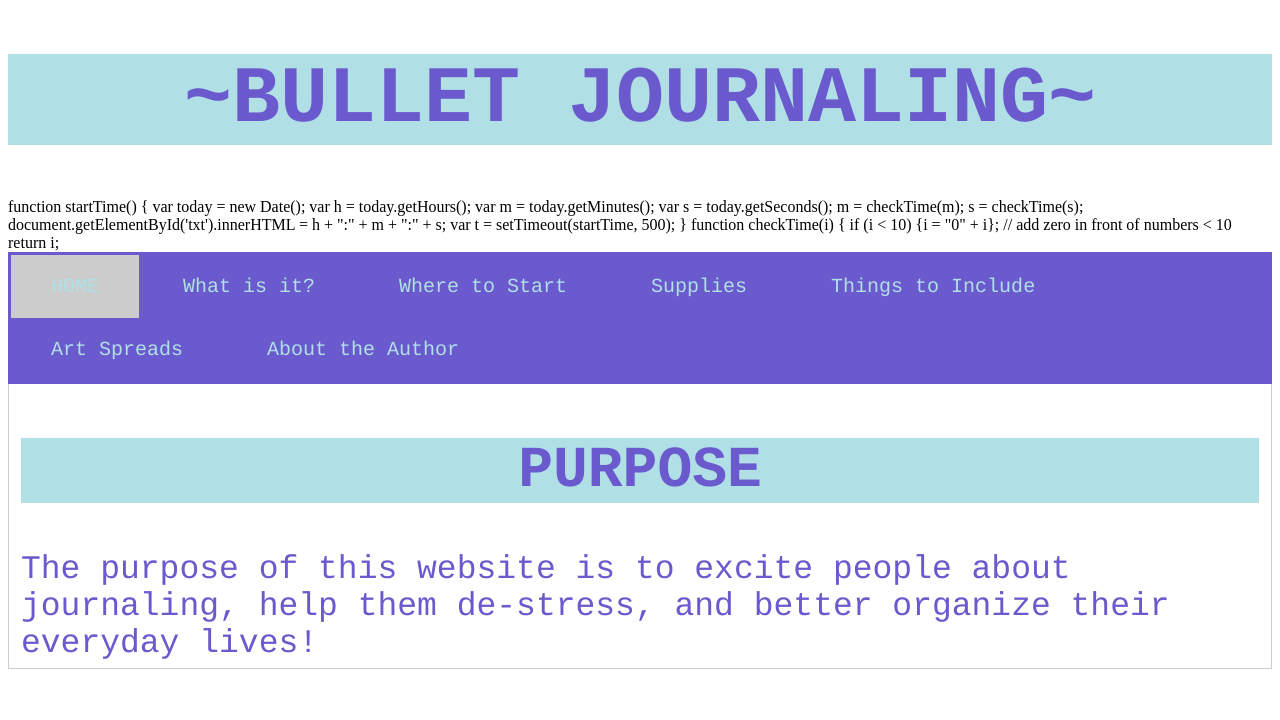
Repository: m-e-l-i-s-s-a/m-e-l-i-s-s-a.github.io
Page: journaling/index.html
The author's editor kept a record of every edit. The page is drawn from the files as they stood at one moment, then again after the next edit.
The browser window is 1280 px wide. The pictures show the whole page.

Above is the page before.

After the next edit:
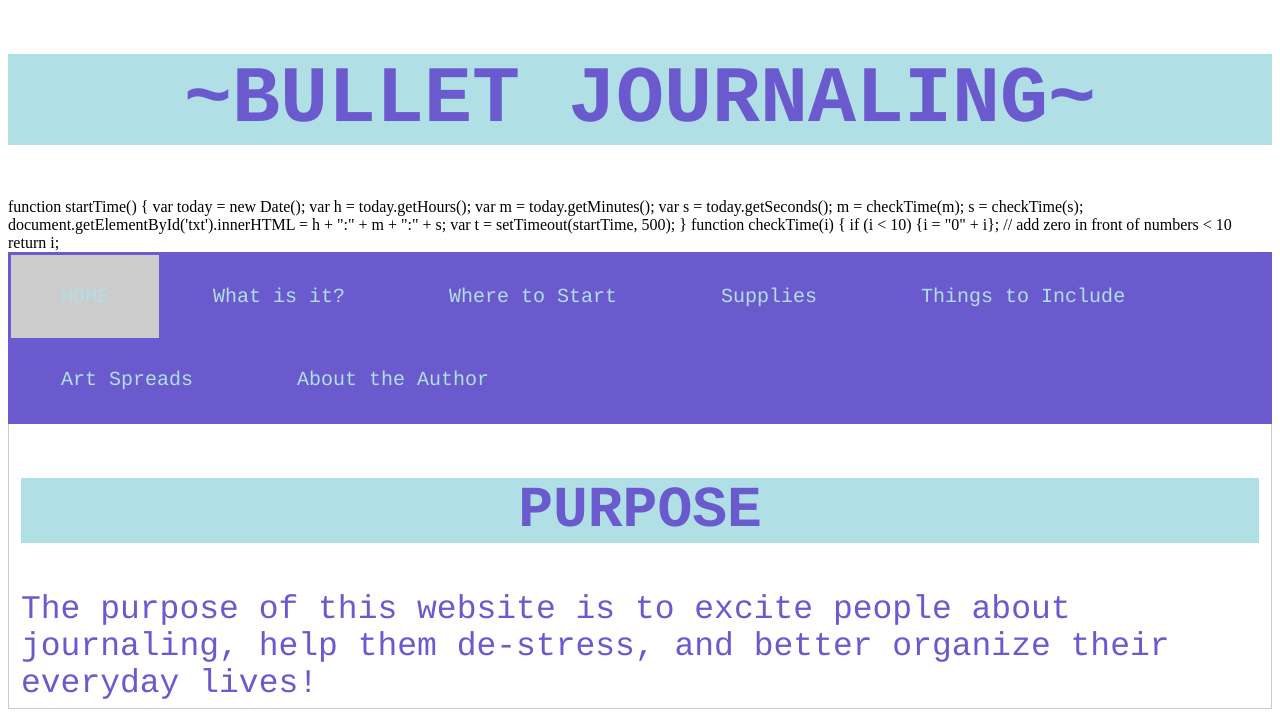
The edit:
--- a/journaling/journaling.css
+++ b/journaling/journaling.css
@@ -54,7 +54,7 @@
               outline: none;
               color: powderblue;
               cursor: pointer;
-              padding: 20px 40px;
+              padding: 30px 50px;
               transition: 0.3s;
               font-family: courier;
               font-size: 20px
